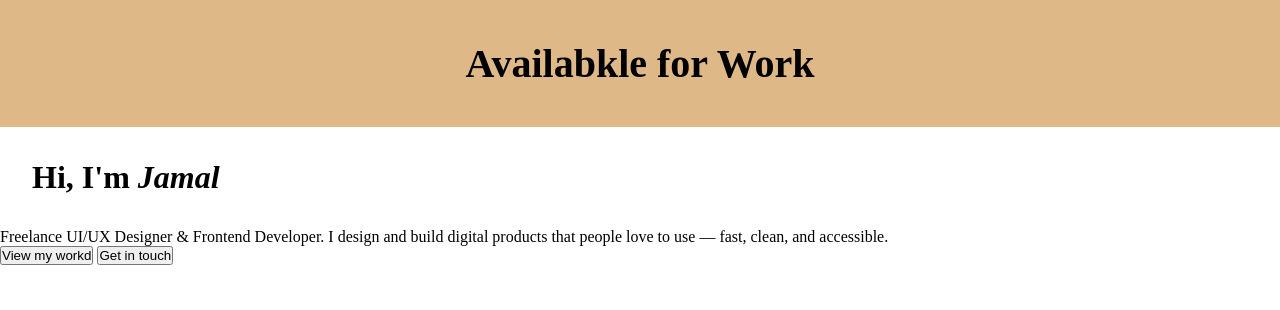
Repository: jamalissef-glitch/exercise1-JS
Page: Exercise33/index.html
The author's editor kept a copy of each file at every save. The page is drawn from the files as they stood at one save, then again after the next save.
The browser window is 1280 px wide. The pictures show the whole page.

Above is the page before, as saved 2026-07-14 17:39:42.

After the next save:
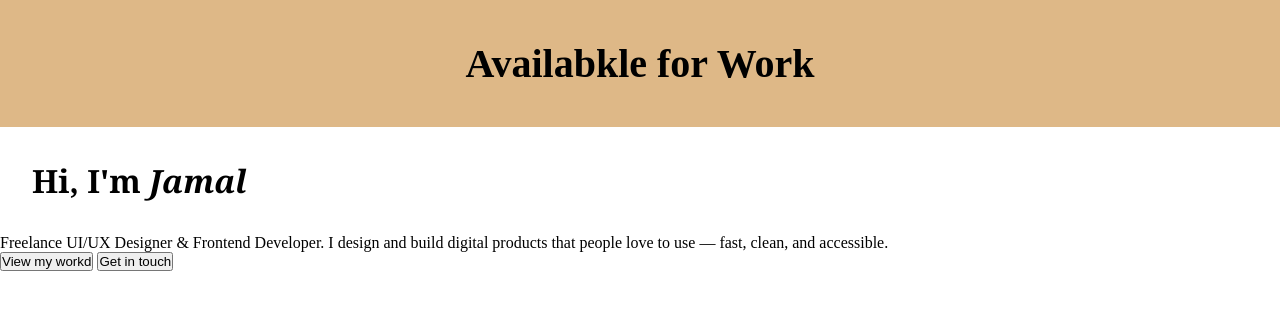
Saved 11 s later.
--- a/Exercise33/index.html
+++ b/Exercise33/index.html
@@ -24,6 +24,7 @@
 
  #head {
   padding: 2rem;
+  font-family: Georgia, 'Times New Roman', Times, serif;
  }
 </style>
 
